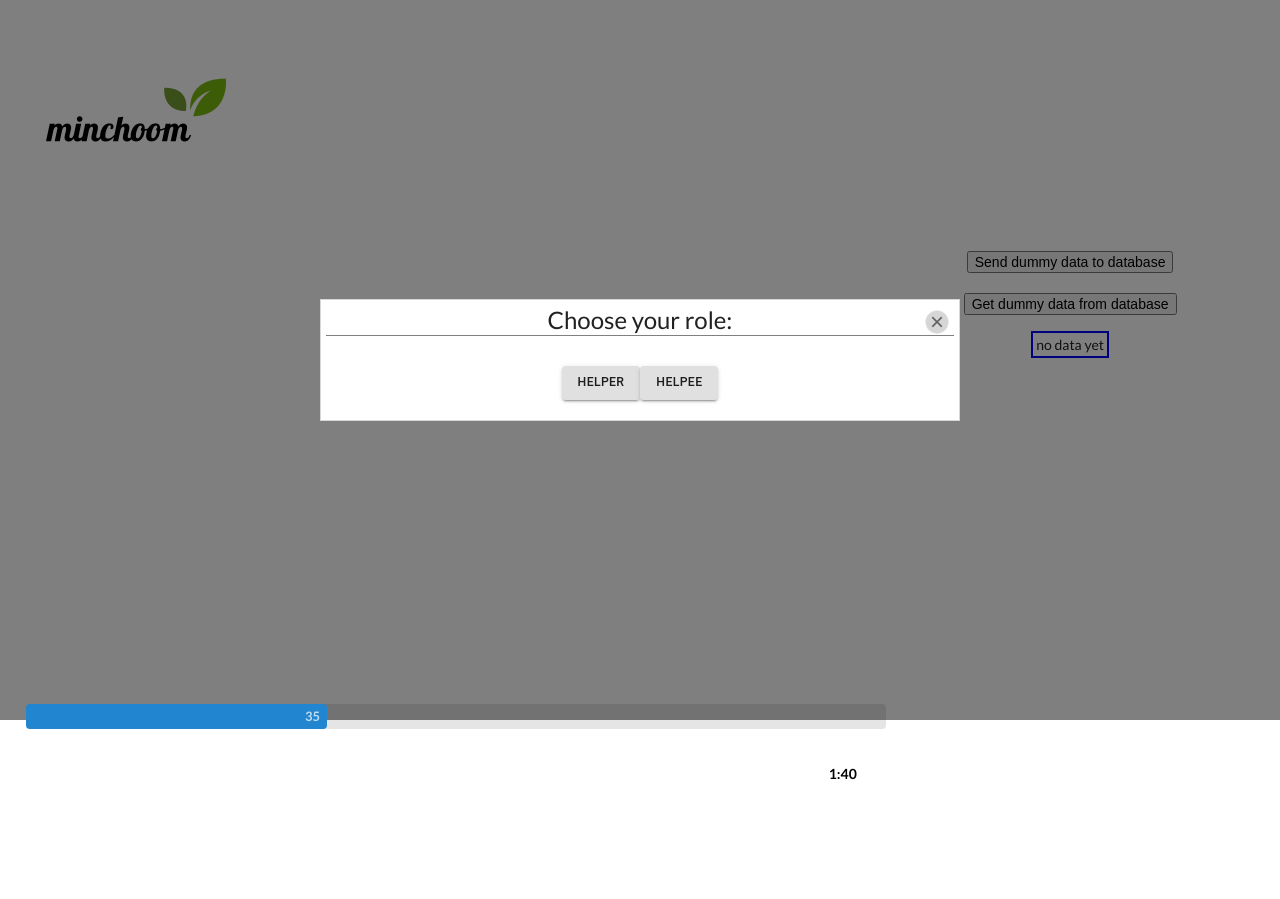
Repository: jeongeonp/MinChoAvengers
Page: / (app in minchoom/)
These files come from the project's save history. The page is drawn as it stood at one moment and after the next save; the edit follows.
The browser window is 1280 px wide. The pictures show the whole page.
The project was rebuilt for these pictures with package versions that can differ from the ones it lists, and the page was loaded fresh each time.

Above is the page before, as saved 2020-11-19 20:03:19.

After the next save:
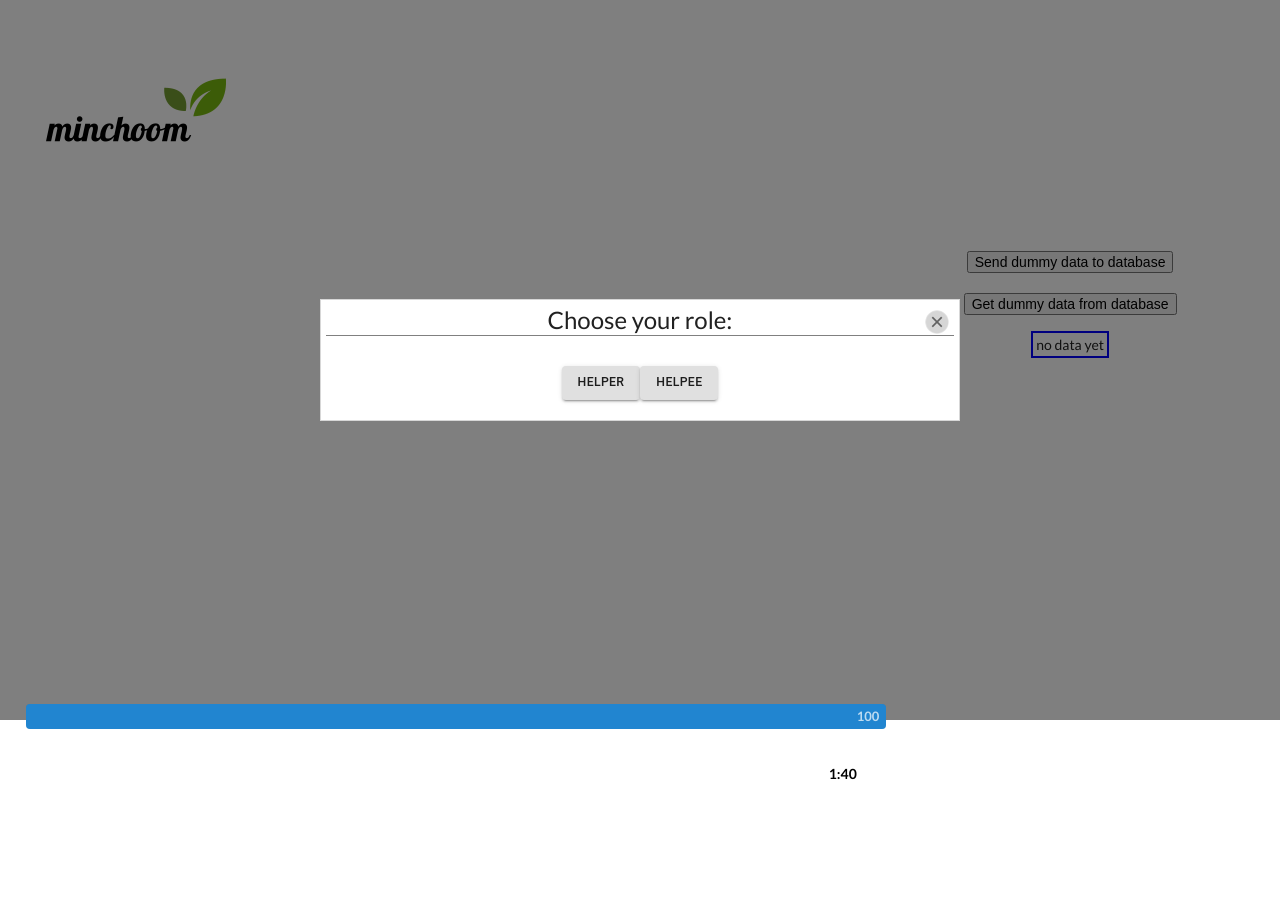
Saved 19 s later.
--- a/minchoom/src/components/Timeline.js
+++ b/minchoom/src/components/Timeline.js
@@ -29,7 +29,7 @@
         const { flags, videoTime  } = this.props;
         return (
             <div className="progressBar">
-            <Progress  progress='value' value={35} color='blue' />
+            <Progress  progress='value' value={100} color='blue' />
             {flags.map((value) => <div className="bookmark-tip" key={value} style={{left: value/videoTime*100+"%"}}>📌 <br/><span className="voice-command">"Replay"</span> </div>)}
 
 
